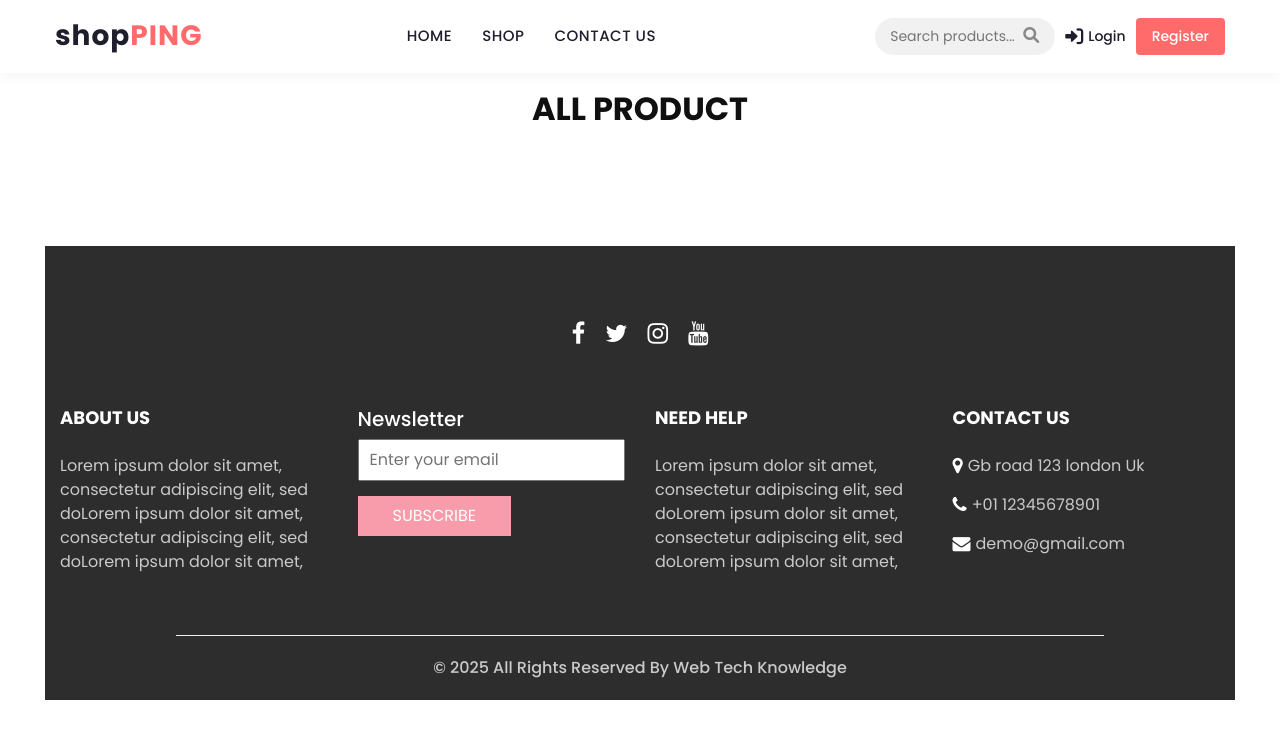
Repository: hahuuchinh2501/ecommerce_project
Page: http://localhost/view_shop
These files come from the project's save history. The page is drawn as it stood at one moment and after the next save; the edit follows.
The browser window is 1280 px wide. The pictures show the whole page.
The page is served by the project's Laravel application, run on PHP 8.4 with Laravel 12. Queries for data that is not in the repository find no rows.

Above is the page before, as saved 2025-04-09 10:28:34.

After the next save:
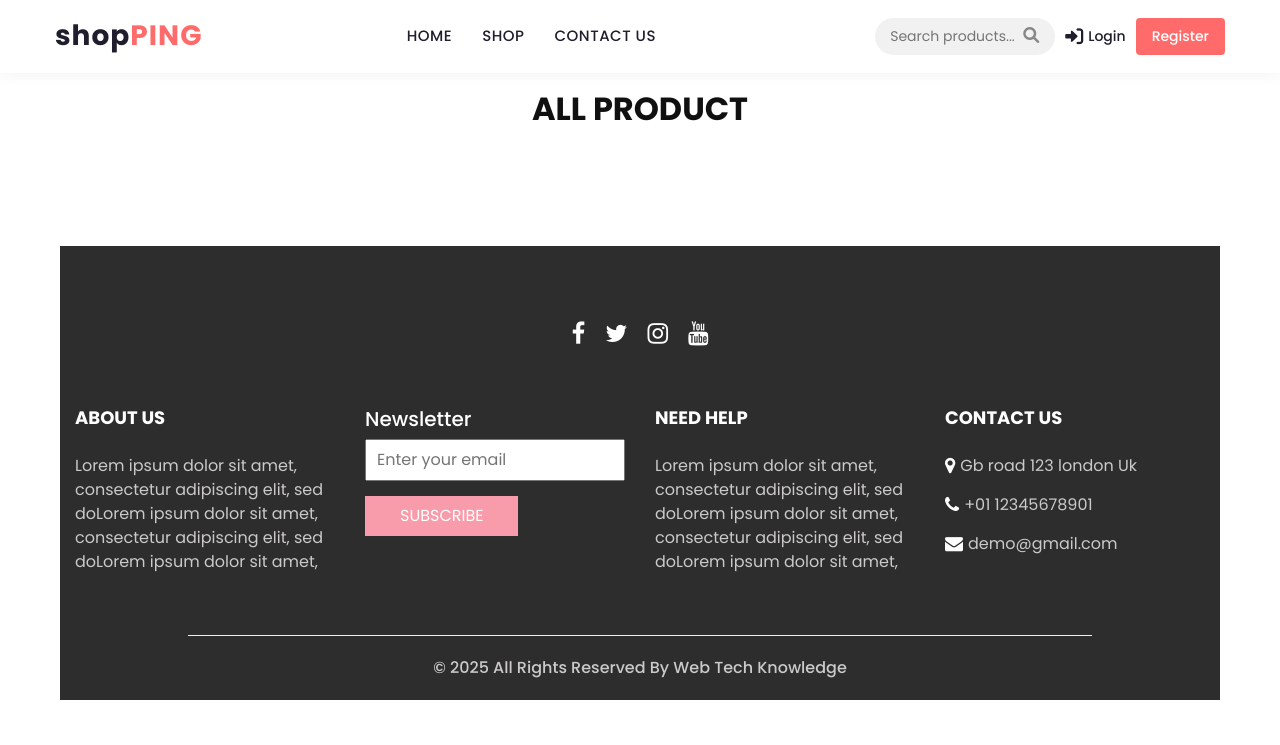
Saved 13 s later.
--- a/resources/views/home/footer.blade.php
+++ b/resources/views/home/footer.blade.php
@@ -1,4 +1,4 @@
-<div>
+<div class="container-fluid">
 <section class="info_section  layout_padding2-top">
     <div class="social_container">
       <div class="social_box">
